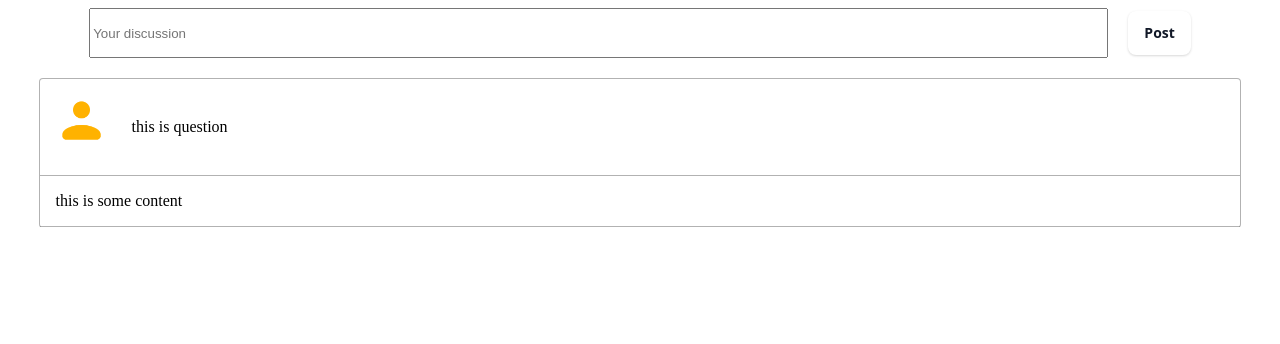
Repository: AOY311/DuckEdu
Page: test2.html
The author's editor kept a copy of each file at every save. The page is drawn from the files as they stood at one save, then again after the next save.
The browser window is 1280 px wide. The pictures show the whole page.

Above is the page before, as saved 2021-10-31 16:45:43.

### test2.html
<!DOCTYPE html>
<html lang="en">

<head>
    <meta charset="UTF-8">
    <meta http-equiv="X-UA-Compatible" content="IE=edge">
    <meta name="viewport" content="width=device-width, initial-scale=1.0">
    <script src="https://ajax.googleapis.com/ajax/libs/jquery/3.5.1/jquery.min.js"></script>
    <title>Document</title>
    <style>
        .header {
            position: sticky;
            top: 0;
            width: 100%;
        }

        .header .container {
            display: flex;
            flex-direction: row;
            justify-content: center;
            align-items: center;
            width: 100%;
        }

        .container__input {
            height: 44px;
            width: 80%;
            margin-right: 20px;
        }
        /* CSS */

        .button-38 {
            background-color: #FFFFFF;
            border: 0;
            border-radius: .5rem;
            box-sizing: border-box;
            color: #111827;
            font-family: "Inter var", ui-sans-serif, system-ui, -apple-system, system-ui, "Segoe UI", Roboto, "Helvetica Neue", Arial, "Noto Sans", sans-serif, "Apple Color Emoji", "Segoe UI Emoji", "Segoe UI Symbol", "Noto Color Emoji";
            font-size: .875rem;
            font-weight: 600;
            line-height: 1.25rem;
            padding: .75rem 1rem;
            text-align: center;
            text-decoration: none #D1D5DB solid;
            text-decoration-thickness: auto;
            box-shadow: 0 1px 3px 0 rgba(0, 0, 0, 0.1), 0 1px 2px 0 rgba(0, 0, 0, 0.06);
            cursor: pointer;
            user-select: none;
            -webkit-user-select: none;
            touch-action: manipulation;
        }

        .button-38:hover {
            background-color: rgb(249, 250, 251);
        }

        .button-38:focus {
            outline: 2px solid transparent;
            outline-offset: 2px;
        }

        .button-38:focus-visible {
            box-shadow: none;
        }

        .accordion {
            /* Border */
            transform: translateY(20px);
            border: 1px solid rgba(0, 0, 0, 0.3);
            border-bottom-color: transparent;
            border-radius: 4px;
            max-width: 95%;
            margin: 0 auto;
        }

        .accordion__item {
            border-bottom: 1px solid rgba(0, 0, 0, 0.3);
        }

        .accordion__header {
            /* Center the content horizontally */
            align-items: center;
            display: flex;
            cursor: pointer;
            padding: 16px;
        }

        .accordion__toggle {
            margin-right: 12px;
        }

        .accordion__title {
            /* Take remaining width */
            flex: 1;
        }

        .accordion__content {
            /* For not selected item */
            display: block;
            border-top: 1px solid rgba(0, 0, 0, 0.3);
            padding: 16px;
        }

        .accordion__content--selected {
            /* For selected item */
            display: block;
        }

        .avatar {
            /* Rounded border */
            border-radius: 50%;
            height: 64px;
            width: 64px;
        }

        .avatar__image {
            /* Rounded border */
            border-radius: 50%;
            /* Take full size */
            height: 80%;
            width: 80%;
        }
    </style>
</head>

<body>
    <div>
        <header class="header">
            <div class="container">
                <!-- Text input -->
                <input type="text" class="container__input" placeholder="Your discussion" />
                <!-- Search icon sticks to the left or right -->
                <button class="button-38" role="button">Post</button>
            </div>
        </header>
        <main>
            <div class="accordion">
                <!-- Each accordion item -->
                <div class="accordion__item">
                    <!-- Heading -->
                    <div class="accordion__header" onclick="showComment(this)">
                        <!-- The toggle icon -->
                        <div class="accordion__toggle">
                            <div class="avatar">
                                <!-- Avatar image -->
                                <img class="avatar__image" src="img/avt.png" />
                            </div>
                        </div>

                        <!-- The title -->
                        <div class="accordion__title">
                            this is question
                        </div>
                    </div>

                    <!-- The content -->
                    <div class="accordion__content">
                        this is some content
                    </div>
                </div>
            </div>
        </main>
    </div>
</body>
<script>
    function showComment(obj) {
        $(obj).next().css("background", "red");
    }
</script>

</html>

After the next save:
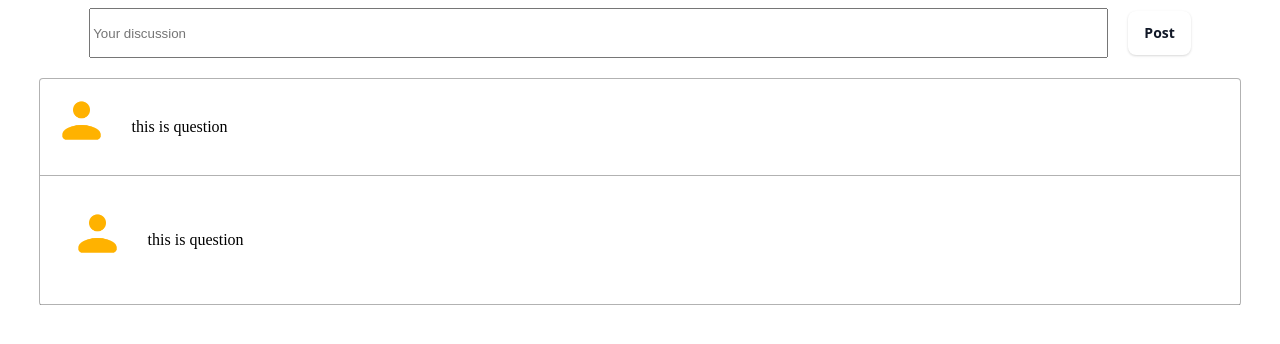
Saved 84 s later.
--- a/test2.html
+++ b/test2.html
@@ -155,7 +155,20 @@
 
                     <!-- The content -->
                     <div class="accordion__content">
-                        this is some content
+                        <div class="accordion__header" onclick="showComment(this)">
+                            <!-- The toggle icon -->
+                            <div class="accordion__toggle">
+                                <div class="avatar">
+                                    <!-- Avatar image -->
+                                    <img class="avatar__image" src="img/avt.png" />
+                                </div>
+                            </div>
+
+                            <!-- The title -->
+                            <div class="accordion__title">
+                                this is question
+                            </div>
+                        </div>
                     </div>
                 </div>
             </div>
